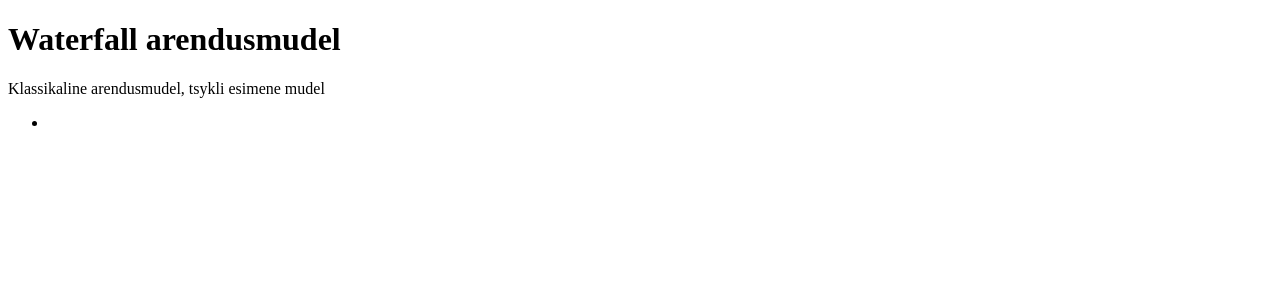
Repository: annemariv/Targe24
Page: elutsykkel/waterfall.html
An editor plug-in stored every save of this project. The page is shown before and after the next save, followed by the edit.
The browser window is 1280 px wide. The pictures show the whole page.

Above is the page before, as saved 2024-11-06 18:39:17.

After the next save:
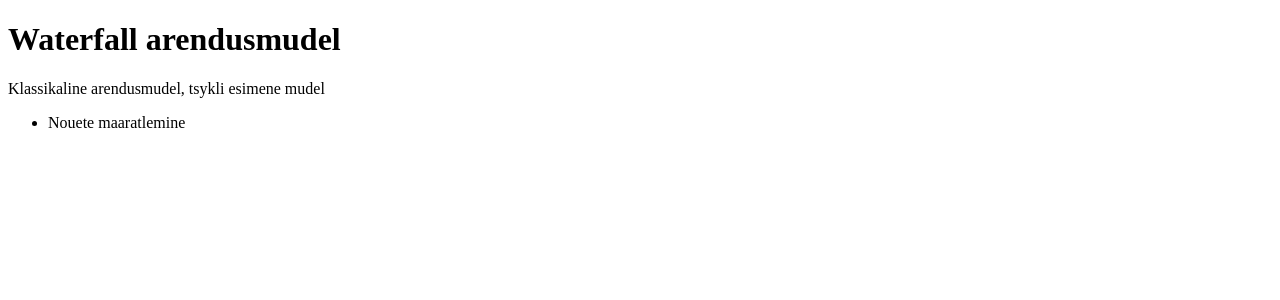
Saved 31 s later.
--- a/elutsykkel/waterfall.html
+++ b/elutsykkel/waterfall.html
@@ -17,7 +17,7 @@
     <p>Klassikaline arendusmudel, tsykli esimene mudel</p>
     <ul>
         <li>
-
+            <p>Nouete maaratlemine</p>
         </li>
     </ul>
 </body>
